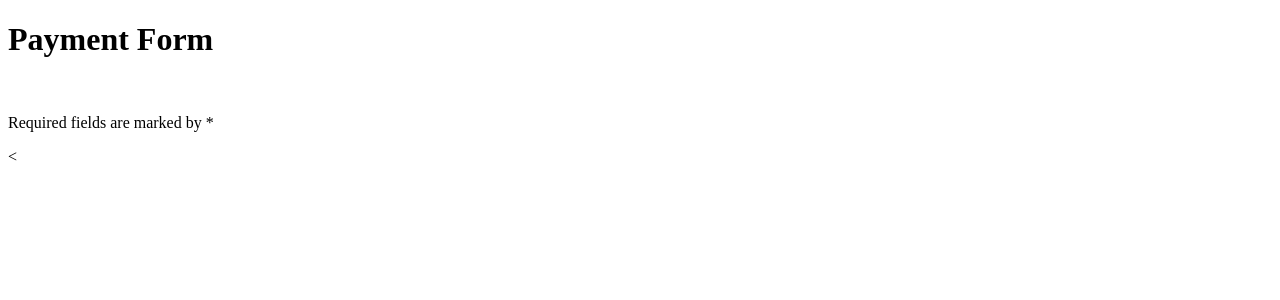
Repository: 10-2-pursuit/lab-intro-to-forms
Page: index.html
The author's editor kept a copy of each file at every save. The page is drawn from the files as they stood at one save, then again after a run of saves.
The browser window is 1280 px wide. The pictures show the whole page.

Above is the page before, as saved 2023-06-13 21:11:43.

### index.html
<!DOCTYPE html>
<html lang="en">
<head>
    <meta charset="UTF-8">
    <meta name="viewport" content="width=device-width, initial-scale=1.0">
    <title>Payment Form</title>
</head>
<body>
    <h1>Payment Form</h1>
    <br>
    <p>Required fields are marked by *</p>
    <form action="#" method="post">
        <
    </form>


</body>
</html>

After the next 3 saves:
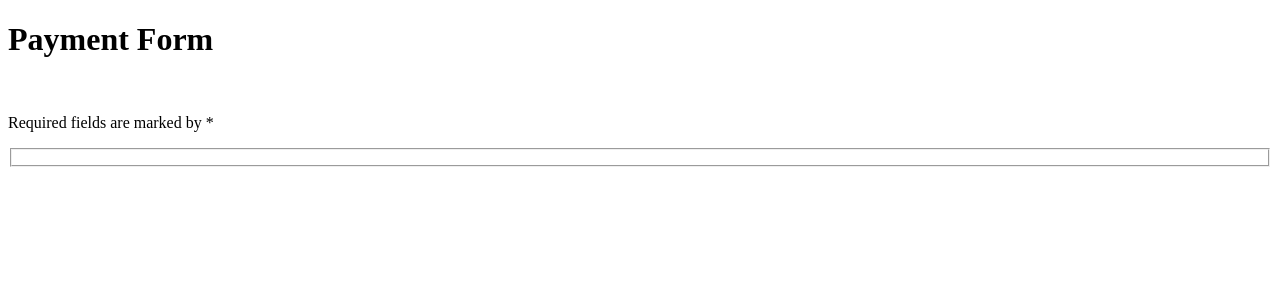
The 3 saves are shown as one change because they came seconds apart.
The last was saved 19 s later.
--- a/index.html
+++ b/index.html
@@ -10,7 +10,9 @@
     <br>
     <p>Required fields are marked by *</p>
     <form action="#" method="post">
-        <
+        <fieldset>
+
+        </fieldset>
     </form>
 
 
